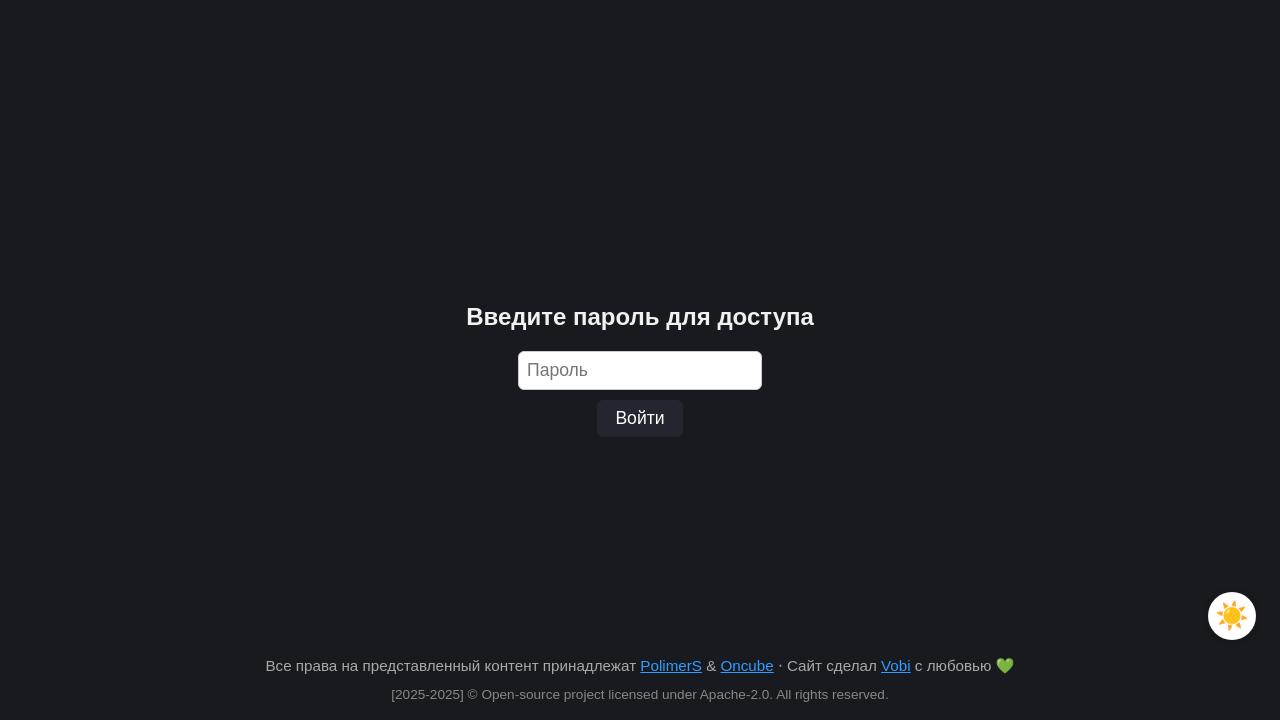
Repository: oncube-dev/OnCube-dev_website
Page: files_for_hosting/html_plus_js.version/index.html
An editor plug-in stored every save of this project. The page is shown before and after the next save, followed by the edit.
The browser window is 1280 px wide. The pictures show the whole page.
The page's requests for data from a server got no answer.

Above is the page before, as saved 2025-07-28 14:38:51.

### files_for_hosting/html_plus_js.version/index.html
<!DOCTYPE html>
<html lang="ru">
<head>
    <meta charset="UTF-8">
    <title>Полимер, когда видео?</title>
    <link rel="stylesheet" href="style.css">
    <style>
        body { transition: background 0.2s, color 0.2s; }
        #auth-copyright {
            position: absolute;
            left: 0;
            right: 0;
            bottom: 24px;
            text-align: center;
            font-size: 0.85em;
            color: #888;
            width: 100%;
            pointer-events: none;
        }
        .footer-note {
            position: fixed;
            left: 0;
            right: 0;
            bottom: 45px;
            text-align: center;
            font-size: 0.95em;
            color: #888;
            width: 100vw;
            z-index: 101;
            background: none;
            pointer-events: none;
        }
        #auth-copyright {
            position: fixed;
            left: 0;
            right: 0;
            bottom: 18px;
            text-align: center;
            font-size: 0.85em;
            color: #888;
            width: 100vw;
            pointer-events: none;
            z-index: 100;
        }
    </style>
</head>
<body>
    <div id="auth-container" style="display:flex; flex-direction:column; align-items:center; justify-content:center; min-height:100vh; position:relative;">
        <h2>Введите пароль для доступа</h2>
        <input type="password" id="password-input" placeholder="Пароль" style="padding:8px; font-size:1.1em; margin-bottom:10px; border-radius:6px; border:1px solid #ccc;">
        <button id="login-btn" style="padding:8px 18px; font-size:1.1em; border-radius:6px; border:none; background:#23262f; color:#fff; cursor:pointer;">Войти</button>
        <div id="auth-error" style="color:#d32f2f; margin-top:10px; display:none;">Неверный пароль!</div>
    </div>
    <div id="main-content" style="display:none;">
        <div class="timer-container">
            <h1>С момента выхода последнего видео PolimerS прошло:</h1>
            <div id="timer">Загрузка...</div>
        </div>
    </div>
    <button id="theme-toggle" class="theme-toggle-btn" title="Переключить тему">🌙</button>
    <footer class="footer-note">
        Все права на представленный контент принадлежат <a href="https://www.youtube.com/@PolimerS" target="_blank" style="text-decoration:underline;">PolimerS</a> & <a href="https://github.com/oncube-dev" target="_blank" style="text-decoration:underline;">Oncube</a> ⋅ Сайт сделал <a href="https://vobi.bio.link/" target="_blank" style="text-decoration:underline;">Vobi</a> с любовью 💚
    </footer>
    <div id="auth-copyright">[2025-2025] © Open-source project licensed under Apache-2.0. All rights reserved.</div>
    <script>
        const API_KEY = 'AIzaSyD_5JR2KFtfjfmsiwnueCyyJkvWOh__aOI';
        const CHANNEL_ID = 'UCACwRQLU0Bq5yxijfnBPRfQ';

        let startDate = null;

        async function fetchLastVideoDate() {
            try {
                const apiUrl = `https://www.googleapis.com/youtube/v3/search?key=${API_KEY}&channelId=${CHANNEL_ID}&part=snippet,id&order=date&maxResults=1`;
                const response = await fetch(apiUrl);
                if (!response.ok) throw new Error('Ошибка запроса к YouTube API');
                const data = await response.json();
                const video = data.items && data.items[0];
                if (video && video.snippet && video.snippet.publishedAt) {
                    startDate = new Date(video.snippet.publishedAt);
                } else {
                    throw new Error('Не удалось получить дату видео');
                }
            } catch (e) {
                document.getElementById('timer').textContent = 'Ошибка загрузки даты видео!';
                console.error(e);
            }
        }


        function updateTimer() {
            if (!startDate) return;
            const now = new Date();
            let diff = now - startDate;
            if (diff < 0) diff = 0;
            let seconds = Math.floor(diff / 1000);
            const days = Math.floor(seconds / (24 * 3600));
            seconds %= 24 * 3600;
            const hours = Math.floor(seconds / 3600);
            seconds %= 3600;
            const minutes = Math.floor(seconds / 60);
            seconds %= 60;
            function plural(n, one, two, five) {
                n = Math.abs(n) % 100;
                let n1 = n % 10;
                if (n > 10 && n < 20) return five;
                if (n1 > 1 && n1 < 5) return two;
                if (n1 == 1) return one;
                return five;
            }
            const daysText = plural(days, 'день', 'дня', 'дней');
            const hoursText = plural(hours, 'час', 'часа', 'часов');
            const minutesText = plural(minutes, 'минута', 'минуты', 'минут');
            const secondsText = plural(seconds, 'секунда', 'секунды', 'секунд');
            document.getElementById('timer').textContent = `${days} ${daysText} ${hours} ${hoursText} ${minutes} ${minutesText} ${seconds} ${secondsText}`;
        }

        async function initTimer() {
            document.getElementById('timer').textContent = 'Загрузка даты видео...';
            await fetchLastVideoDate();
            if (startDate) {
                updateTimer();
                setInterval(updateTimer, 1000);
            }
        }
        initTimer();

        const toggleBtn = document.getElementById('theme-toggle');
        const darkClass = 'dark-theme';
        let themePref = localStorage.getItem('theme');
        let isDark = themePref === null ? true : themePref === 'dark';
        setTheme(isDark);
        toggleBtn.onclick = () => {
            isDark = !isDark;
            setTheme(isDark);
            localStorage.setItem('theme', isDark ? 'dark' : 'light');
        };
        function setTheme(isDark) {
            if (isDark) {
                document.body.classList.add(darkClass);
                toggleBtn.textContent = '☀️';
            } else {
                document.body.classList.remove(darkClass);
                toggleBtn.textContent = '🌙';
            }
        }
    </script>
    <script>
        // --- ЧЕК-ИН ---
        const AUTH_PASSWORD = 'PS';
        const authContainer = document.getElementById('auth-container');
        const mainContent = document.getElementById('main-content');
        const loginBtn = document.getElementById('login-btn');
        const passwordInput = document.getElementById('password-input');
        const authError = document.getElementById('auth-error');
        function tryLogin() {
            if (passwordInput.value === AUTH_PASSWORD) {
                authContainer.style.display = 'none';
                mainContent.style.display = '';
            } else {
                authError.style.display = 'block';
                passwordInput.value = '';
                passwordInput.focus();
            }
        }
        loginBtn.onclick = tryLogin;
        passwordInput.addEventListener('keydown', function(e) {
            if (e.key === 'Enter') tryLogin();
        });
        // --- КОНЕЦ ЧЕК-ИНА ---
    </script>
</body>
</html>

### files_for_hosting/html_plus_js.version/style.css
body {
    background: #181a20;
    color: #f1f1f1;
    font-family: Arial, sans-serif;
    margin: 0;
    padding: 0;
    height: 100vh;
    display: flex;
    align-items: center;
    justify-content: center;
}

.timer-container {
    background: #23262f;
    padding: 40px 60px;
    border-radius: 16px;
    box-shadow: 0 4px 24px rgba(0,0,0,0.32);
    text-align: center;
    color: #f1f1f1;
}

.timer-container h1 {
    font-size: 2rem;
    font-weight: bold;
    color: #f1f1f1;
}

#timer {
    font-size: 3.5rem;
    font-weight: bold;
    margin-top: 8px;
    color: #111;
    letter-spacing: 1px;
}

.footer-note {
    font-size: 0.85rem;
    color: #aaa;
    text-align: center;
    position: fixed;
    left: 0;
    width: 100vw;
    bottom: 20px;
    margin: 0;
    z-index: 100;
    box-sizing: border-box;
}

.footer-note a {
    color: #339cff;
    text-decoration: underline;
}

.theme-toggle-btn {
    position: fixed;
    right: 24px;
    bottom: 80px;
    z-index: 200;
    background: #23262f;
    color: #ffe066;
    border: none;
    border-radius: 50%;
    width: 48px;
    height: 48px;
    font-size: 1.7rem;
    cursor: pointer;
    box-shadow: 0 2px 8px rgba(0,0,0,0.18);
    transition: background 0.2s, color 0.2s;
}
.theme-toggle-btn:hover {
    background: #ffe066;
    color: #23262f;
}

body {
    background: #f5f5f5;
    color: #23262f;
}
.timer-container {
    background: #fff;
    color: #23262f;
    box-shadow: 0 4px 24px rgba(0,0,0,0.08);
}
.timer-container h1 {
    color: #23262f;
}
#timer {
    color: #111;
}
.footer-note {
    color: #888;
}
.footer-note a {
    color: #1976d2;
}

body.dark-theme {
    background: #181a20;
    color: #f1f1f1;
}
.dark-theme .timer-container {
    background: #23262f;
    color: #f1f1f1;
    box-shadow: 0 4px 24px rgba(0,0,0,0.32);
}
.dark-theme .timer-container h1 {
    color: #f1f1f1;
}
.dark-theme #timer {
    color: #fff;
}
.dark-theme .footer-note {
    color: #aaa;
}
.dark-theme .footer-note a {
    color: #339cff;
}
.dark-theme .theme-toggle-btn {
    background: #fff;
    color: #23262f;
}
.dark-theme .theme-toggle-btn:hover {
    background: #23262f;
    color: #ffe066;
}

After the next save:
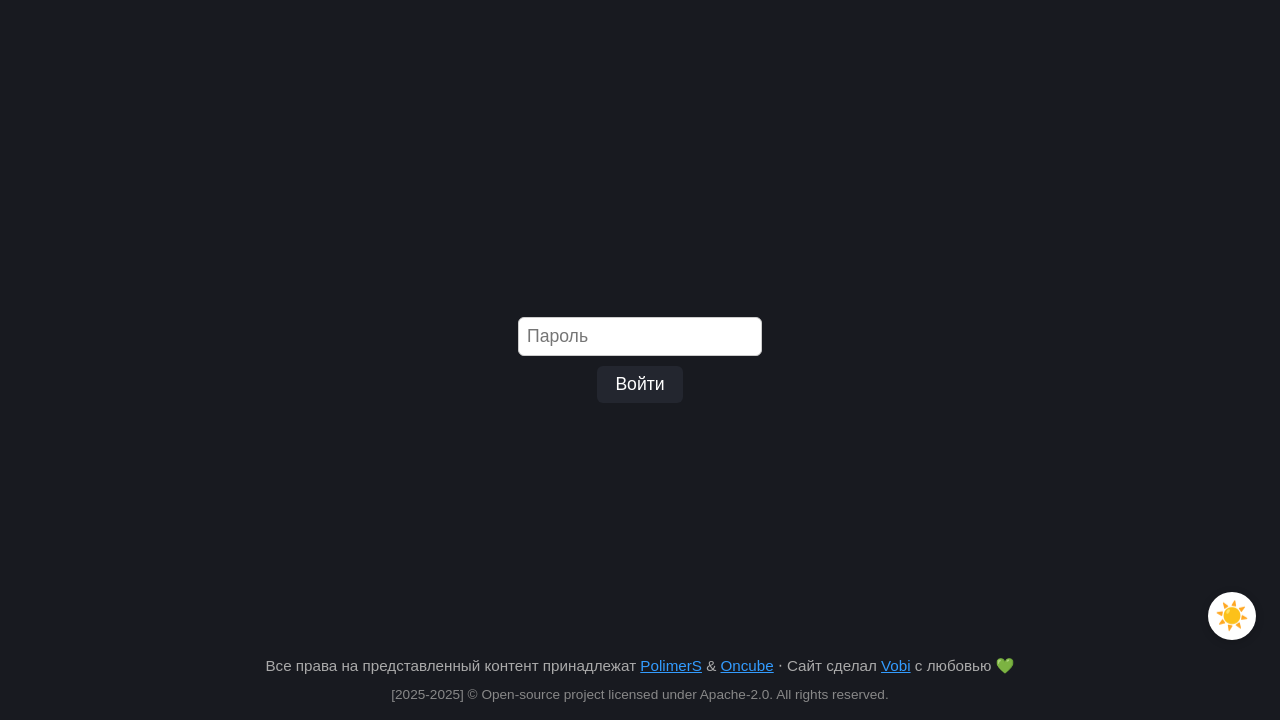
Saved 85 s later.
--- a/files_for_hosting/html_plus_js.version/index.html
+++ b/files_for_hosting/html_plus_js.version/index.html
@@ -46,7 +46,6 @@
 </head>
 <body>
     <div id="auth-container" style="display:flex; flex-direction:column; align-items:center; justify-content:center; min-height:100vh; position:relative;">
-        <h2>Введите пароль для доступа</h2>
         <input type="password" id="password-input" placeholder="Пароль" style="padding:8px; font-size:1.1em; margin-bottom:10px; border-radius:6px; border:1px solid #ccc;">
         <button id="login-btn" style="padding:8px 18px; font-size:1.1em; border-radius:6px; border:none; background:#23262f; color:#fff; cursor:pointer;">Войти</button>
         <div id="auth-error" style="color:#d32f2f; margin-top:10px; display:none;">Неверный пароль!</div>
